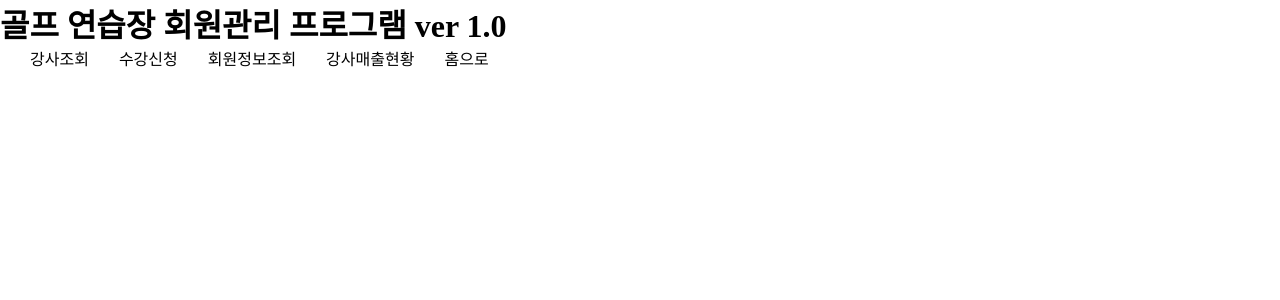
Repository: balhyo-younjisang/DigitechJSP
Page: http://localhost/golf/
An editor plug-in stored every save of this project. The page is shown before and after a run of saves, followed by the edit.
The browser window is 1280 px wide. The pictures show the whole page.
The page is served by Tomcat 9.

Above is the page before, as saved 2025-04-11 03:49:51.

After the next 2 saves:
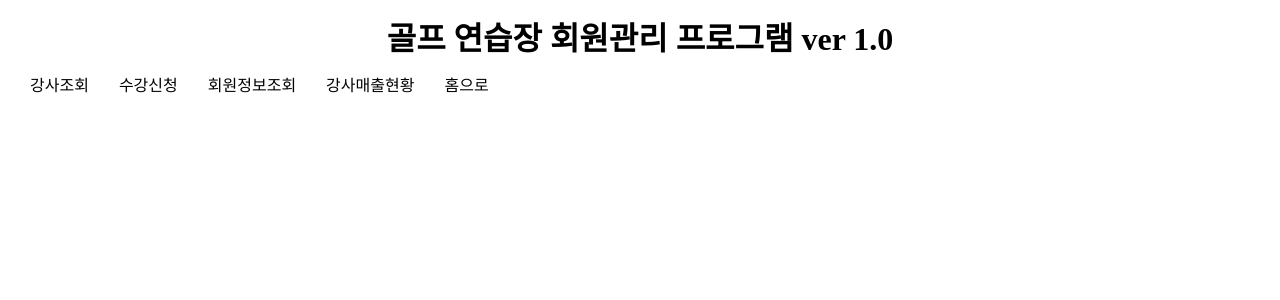
The 2 saves are shown as one change because they came seconds apart.
The last was saved 7 s later.
--- a/pizza0403/golf/src/main/webapp/css/style.css
+++ b/pizza0403/golf/src/main/webapp/css/style.css
@@ -22,6 +22,9 @@ header {
 
 header div {
 	display: flex;
+	align-items: center;
+	justify-content: center;
+	height: 10vh;
 }
 
 nav .gnb {
